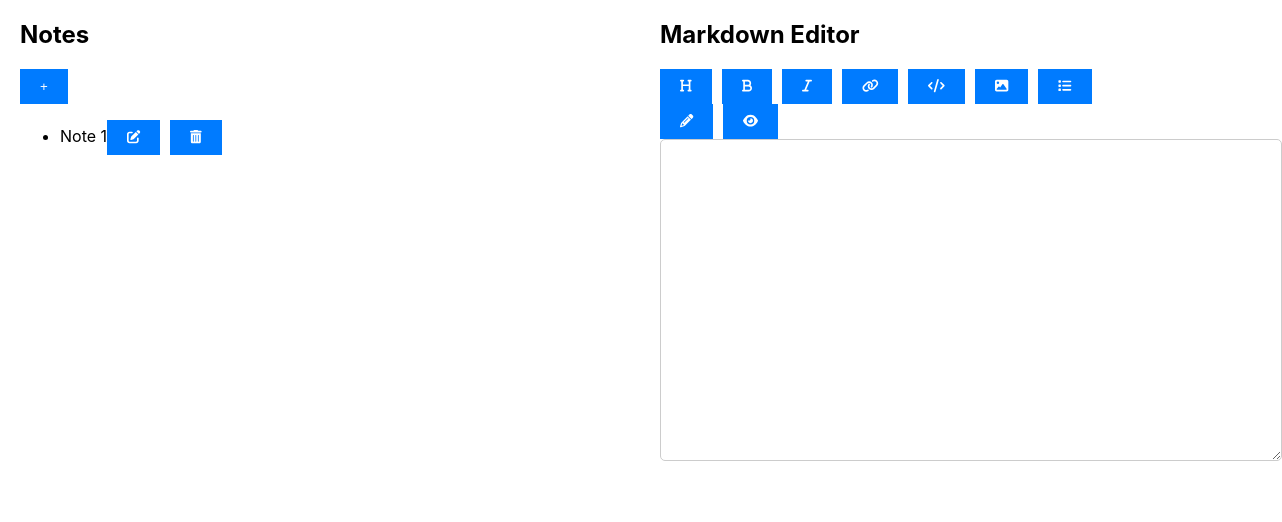
Repository: sriram1224/markdown_editor
Page: /
The author's editor kept a copy of each file at every save. The page is drawn from the files as they stood at one save, then again after the next save.
The browser window is 1280 px wide. The page is 1282 px wide, so the pictures cover 1282 px, including what lies to the right of the window. The pictures show the whole page.
The project was rebuilt for these pictures with package versions that can differ from the ones it lists, and the page was loaded fresh each time.

Above is the page before, as saved 2024-04-22 23:03:29.

### src/App.js
import "./App.css";
import MarkdownEditor from './Components/Markdown';
function App() {
  return (
    <div>
     <MarkdownEditor />
    </div>
  );
}

export default App;

### src/App.css
/* styles.css */

/* Layout styles */
.container {
  display: flex;
}

.notes-container {
  width: 50%;
  padding: 20px;
}

.markdown-container {
  width: 50%;
  padding: 20px;
}

h2 {
  margin-top: 0;
}

/* Button styles */
.button {
  background-color: #007bff;
  color: white;
  border: none;
  padding: 10px 20px;
  margin-right: 10px;
  cursor: pointer;
}

.button:hover {
  background-color: #0056b3;
}

/* Textarea styles */
textarea {
  width: 100%;
  height: 300px;
  padding: 10px;
  border: 1px solid #ccc;
  border-radius: 5px;
  font-size: 16px;
}

/* Markdown content styles */
.markdown-content {
  padding: 10px;
  border: 1px solid #ccc;
  border-radius: 5px;
  font-size: 16px;
}

/* Icon styles */
.icon {
  color: #007bff;
  cursor: pointer;
}

.icon:hover {
  color: #0056b3;
}

### src/Components/Markdown.js
import React, { useState, useRef } from 'react';
import ReactMarkdown from 'react-markdown';
import { FontAwesomeIcon } from '@fortawesome/react-fontawesome';
import { faHeading, faBold, faItalic, faLink, faCode, faImage, faList, faEdit, faTrashAlt, faEye, faPencilAlt } from '@fortawesome/free-solid-svg-icons';


const MarkdownEditor = () => {
  const [notes, setNotes] = useState([{ id: 1, content: '' }]);
  const [currentNoteId, setCurrentNoteId] = useState(1);
  const [markdownContent, setMarkdownContent] = useState('');
  const [showEditor, setShowEditor] = useState(true);

  const textareaRef = useRef();

  const handleNoteAdd = () => {
    const newNoteId = (notes[notes.length - 1]?.id || 0) + 1;
    setNotes([...notes, { id: newNoteId, content: '' }]);
    setCurrentNoteId(newNoteId);
    setMarkdownContent('');
    setShowEditor(true);
  };

  const handleNoteChange = (id, content) => {
    const updatedNotes = notes.map((note) =>
      note.id === id ? { ...note, content } : note
    );
    setNotes(updatedNotes);
  };

  const handleEditorChange = (content) => {
    setMarkdownContent(content);
    handleNoteChange(currentNoteId, content);
  };

  const handleNoteClick = (id) => {
    const note = notes.find(note => note.id === id);
    if (note) {
      setCurrentNoteId(id);
      setMarkdownContent(note.content);
      setShowEditor(true);
    }
  };

  const handleMarkdownFeatureClick = (feature) => {
    const markdownSnippet = {
      heading: '# heading\n',
      bold: '**bold text**\n',
      italic: '*italic text*\n',
      link: '[link text](http://example.com)\n',
      code: '`code`\n',
      image: '![alt text](image.jpg)\n',
      list: '- list item\n',
    }[feature];

    const cursorPosition = textareaRef.current.selectionStart;
    const newMarkdownContent = [
      markdownContent.slice(0, cursorPosition),
      markdownSnippet,
      markdownContent.slice(cursorPosition),
    ].join('');

    setMarkdownContent(newMarkdownContent);
    handleNoteChange(currentNoteId, newMarkdownContent);
  };

  const handleNoteDelete = (id) => {
    setNotes(notes.filter(note => note.id !== id));
    if (id === currentNoteId) {
      setCurrentNoteId(null);
      setMarkdownContent('');
      setShowEditor(false);
    }
  };

  return (
    <div className="container">
      <div className="notes-container">
        <h2>Notes</h2>
        <button className="button" onClick={handleNoteAdd}>+</button>
        <ul>
          {notes.map((note) => (
            <li key={note.id}>
              Note {note.id}
              <button className="button" onClick={() => handleNoteClick(note.id)}><FontAwesomeIcon icon={faEdit} /></button>
              <button className="button" onClick={() => handleNoteDelete(note.id)}><FontAwesomeIcon icon={faTrashAlt} /></button>
            </li>
          ))}
        </ul>
      </div>
      <div className="markdown-container">
        <h2>Markdown Editor</h2>
        <div>
          <button className="button" onClick={() => handleMarkdownFeatureClick('heading')}><FontAwesomeIcon icon={faHeading} /></button>
          <button className="button" onClick={() => handleMarkdownFeatureClick('bold')}><FontAwesomeIcon icon={faBold} /></button>
          <button className="button" onClick={() => handleMarkdownFeatureClick('italic')}><FontAwesomeIcon icon={faItalic} /></button>
          <button className="button" onClick={() => handleMarkdownFeatureClick('link')}><FontAwesomeIcon icon={faLink} /></button>
          <button className="button" onClick={() => handleMarkdownFeatureClick('code')}><FontAwesomeIcon icon={faCode} /></button>
          <button className="button" onClick={() => handleMarkdownFeatureClick('image')}><FontAwesomeIcon icon={faImage} /></button>
          <button className="button" onClick={() => handleMarkdownFeatureClick('list')}><FontAwesomeIcon icon={faList} /></button>
        </div>
        <div>
          <button className="button" onClick={() => setShowEditor(true)}><FontAwesomeIcon icon={faPencilAlt} /></button>
          <button className="button" onClick={() => setShowEditor(false)}><FontAwesomeIcon icon={faEye} /></button>
        </div>
        {showEditor ? (
          <textarea
            ref={textareaRef}
            value={markdownContent}
            onChange={(e) => handleEditorChange(e.target.value)}
            className="textarea"
          />
        ) : (
          <ReactMarkdown className="markdown-content">{markdownContent}</ReactMarkdown>
        )}
      </div>
    </div>
  );
};

export default MarkdownEditor;

Loaded but not shown: public/index.html (common file); src/index.js (common file); src/index.css (common file); src/reportWebVitals.js (common file)

After the next save:
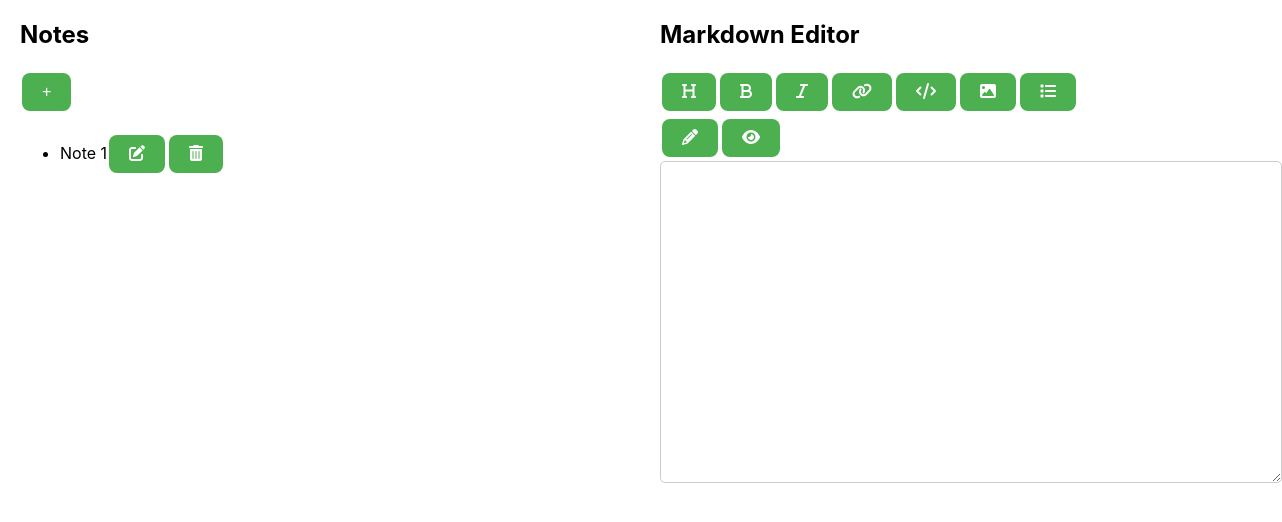
Saved 21 s later.
--- a/src/App.css
+++ b/src/App.css
@@ -21,20 +21,28 @@ h2 {
 
 /* Button styles */
 .button {
-  background-color: #007bff;
+  background-color: #4CAF50;
+  /* Green */
+  border: none;
   color: white;
-  border: none;
   padding: 10px 20px;
-  margin-right: 10px;
+  text-align: center;
+  text-decoration: none;
+  display: inline-block;
+  font-size: 16px;
+  margin: 4px 2px;
+  transition-duration: 0.4s;
   cursor: pointer;
+  border-radius: 8px;
 }
 
 .button:hover {
-  background-color: #0056b3;
+  background-color: #45a049;
+  /* Darker Green */
 }
 
 /* Textarea styles */
-textarea {
+.textarea {
   width: 100%;
   height: 300px;
   padding: 10px;
@@ -53,10 +61,12 @@ textarea {
 
 /* Icon styles */
 .icon {
-  color: #007bff;
+  color: #4CAF50;
+  /* Green */
   cursor: pointer;
 }
 
 .icon:hover {
-  color: #0056b3;
+  color: #45a049;
+  /* Darker Green */
 }
